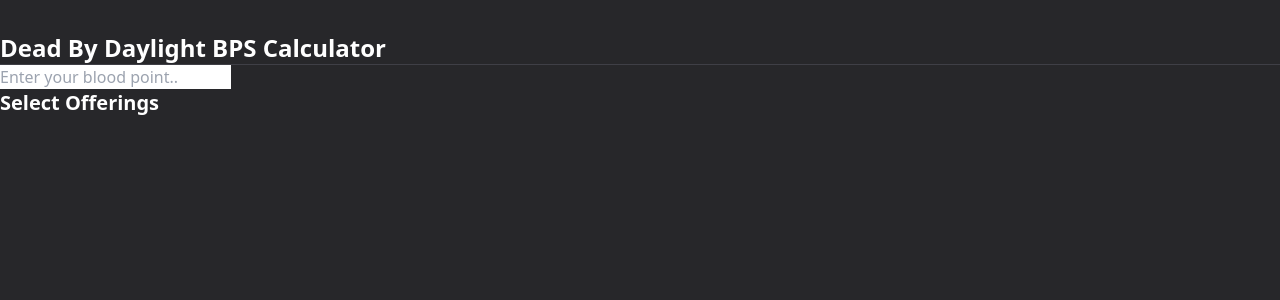
Repository: serhatgundogdu/Survivor-Bloodpoint-Calculator
Page: /
The author's editor kept a copy of each file at every save. The page is drawn from the files as they stood at one save, then again after a run of saves.
The browser window is 1280 px wide. The pictures show the whole page.
The project was rebuilt for these pictures with package versions that can differ from the ones it lists, and the page was loaded fresh each time. Also part of the build but not shown: vite.config.js.

Above is the page before, as saved 2023-06-13 14:47:48.

After the next 3 saves:
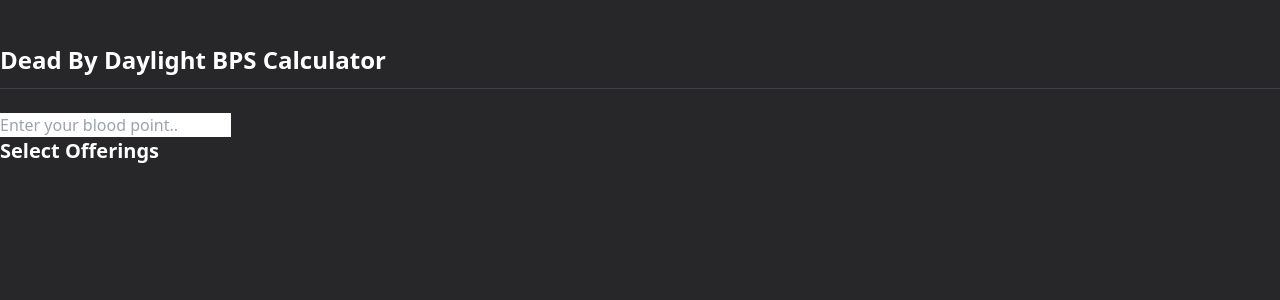
The 3 saves are shown as one change because they came seconds apart.
The last was saved 10 s later.
--- a/src/App.jsx
+++ b/src/App.jsx
@@ -1,7 +1,7 @@
 function App() {
   return (
     <div className="container mx-auto mt-8">
-      <header className="w-full border-b border-zinc-700">
+      <header className="w-full border-b border-zinc-700 py-3 mb-6">
         <h1 className="text-2xl font-bold">Dead By Daylight BPS Calculator</h1>
       </header>
 
